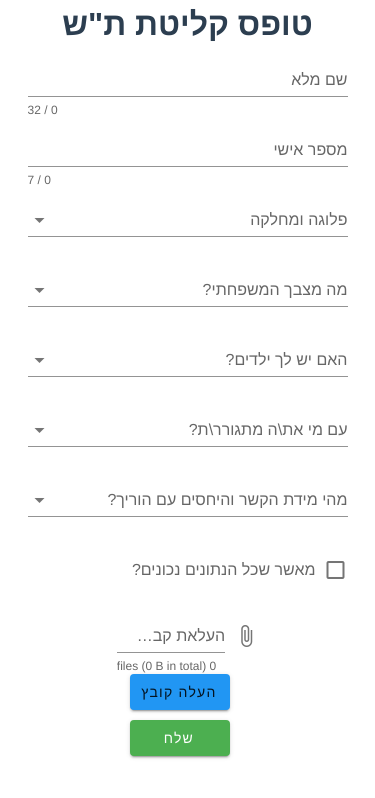
Repository: Natanhel/klitat-tash
Page: /
An editor plug-in stored every save of this project. The page is shown before and after the next save, followed by the edit.
The browser window is 375 px wide. The pictures show the whole page.
The page's requests for data from a server got no answer. The project was rebuilt for these pictures with package versions that can differ from the ones it lists, and the page was loaded fresh each time. No one was signed in, and anything a server would have sent is missing. Also part of the build but not shown: vue.config.js.

Above is the page before, as saved 2020-12-01 18:18:31.

### src/App.vue
<template>
  <div id="app">
    <v-app>

      <h1>טופס קליטת ת"ש</h1>

      <v-form
        ref="form"
        v-model="valid"
        lazy-validation
      >
        <v-text-field
          v-model="name"
          :counter="32"
          :rules="nameRules"
          label="שם מלא"
          required
        ></v-text-field>

        <v-text-field
          v-model="pernr"
          :counter="7"
          :rules="pernrRules"
          label="מספר אישי"
          required
        ></v-text-field>

        <v-select
          v-model="select"
          :items="items"
          :rules="[v => !!v || 'נדרש להזין פלוגה ומחלקה']"
          label="פלוגה ומחלקה"
          required
        ></v-select>

        <v-select
          v-model="familySelect"
          :items="familyItems"
          :rules="[v => !!v || 'נדרש להזין מצב משפחתי']"
          label="מה מצבך המשפחתי?"
          required
        ></v-select>

        <v-select
          v-model="haveKidsSelect"
          :items="haveKidsItems"
          :rules="[v => !!v || 'נדרש להזין']"
          label="האם יש לך ילדים?"
          required
        ></v-select>

        <v-select
          v-model="livingWithSelect"
          :items="livingWithItems"
          :rules="[v => !!v || 'נדרש להזין']"
          label="עם מי את\ה מתגורר\ת?"
          required
        ></v-select>

        <v-select
          v-model="parentsStatusSelect"
          :items="parentsStatusItems"
          :rules="[v => !!v || 'נדרש להזין']"
          label="מהי מידת הקשר והיחסים עם הוריך?"
          required
        ></v-select>

        <v-checkbox
          v-model="checkbox"
          :rules="[v => !!v || 'עליך לאשר על מנת להמשיך!']"
          label="מאשר שכל הנתונים נכונים?"
          required
        ></v-checkbox>

      <div class="upload">

        <v-file-input v-model="files" show-size counter  chips label="העלאת קבצים"></v-file-input>

        <v-btn
          color="blue"
          class="mr-4"
          @click="uploadFile"
        >
          העלה קובץ
        </v-btn>
      </div>
      <div class="btn-group">
        <v-btn
          color="success"
          class="mr-4"
          @click="validate"
        >
          שלח
        </v-btn>
      </div>

      </v-form>
    </v-app>
  </div>
</template>

<script>
import axios from 'axios';

export default {
  name: 'App',
  mounted(){
    // login
    const data = JSON.stringify({"password":"passward","email":"natanhelp@gmail.com"});

    const config = {
      method: 'post',
      url: 'https://nat-task-manager.herokuapp.com/users/login',
      headers: {
        'Content-Type': 'application/json'
      },
      data : data
    };

    axios(config)
      .then((response) => {
        this.userToken = response.data.token
      })
      .catch((error) => {
        console.log(error);
      })
  },

  data: () => ({
    familySelect: '',
    haveKidsSelect: '',
    livingWithSelect: '',
    parentsStatusSelect: '',

    userToken: '',
    files: null,
    valid: true,
    name: '',
    nameRules: [
      v => !!v || 'נדרש להזין שם',
      v => !(v && v.length <= 4) || 'על השם להיות ארוך מ-4 תווים',
    ],
    pernr: '',
    pernrRules: [
      v => !!v || 'נדרש להזין מספר אישי',
      v => !(v.length !== 7) || 'על המספר להיות בדיוק 7 תווים'
    ],
    select: null,
    items: [
      'ו1',
      'ו2',
      'ו3',
      'ו4',
      'ו5',
    ],
    familyItems: [
      'רווק/ה',
      'נשוי/ה',
      'גרוש/ה'
    ],
    haveKidsItems: [
      'כן', 'לא'
    ],
    livingWithItems: [
      'מתוגרר/ת עם ההורים (אחד מהם לפחות)',
      'איני מתגורר/ת עם ההורים'
    ],
    parentsRelationsItems: [
      'בקשר עם שניהם ויחסים תקינים',
      'בקשר וביחסיפ תקינים (רק עם אחד מהם)',
      'בקשר עם שניהם/אחד מהם ומערכת יחסים רעועה',
      'לא בקשר בכלל'
    ],
    parentsStatusItems: [
      'נשואים',
      'גרושים',
      'פרודים',
      'אלמנ/ה',
      'רווק/ה'
    ],
    checkbox: false,
  }),
  methods: {
    validate () {
      this.$refs.form.validate()
    },
    reset () {
      this.$refs.form.reset()
    },
    resetValidation () {
      this.$refs.form.resetValidation()
    },
    async uploadFile() {
      var FormData = require('form-data');
      var data = new FormData();
      const buffer = await this.files.arrayBuffer()

      data.append('avatar', buffer)

      var config = {
        method: 'post',
        url: 'https://nat-task-manager.herokuapp.com/users/me/avatar',
        headers: {
          'Authorization': 'Bearer ' + this.userToken,
          ...data
        },
        data : data
      }

      axios(config)
      .then(function (response) {
        console.log(JSON.stringify(response.data));
      })
      .catch(function (error) {
        console.log(error);
      })
    }
  },
}
</script>

<style>
#app {
  font-family: Avenir, Helvetica, Arial, sans-serif;
  -webkit-font-smoothing: antialiased;
  -moz-osx-font-smoothing: grayscale;
  text-align: center;
  color: #2c3e50;
  margin-top: 60px;
}

form
{
  width: 20rem;
}

#app
{
  padding: 0; margin: 0;
  display: flex;
  align-items: center;
  justify-content: center;
  background-color: transparent;
}

.v-btn
{
  width: 100px;
}

.btn-group{
  width: 100%;
  padding: 10px;
}

.upload
{
  display: flex;
  flex-direction: row;
  width: 370px;
}

@media screen and (max-width: 500px) {
  .upload
  {
    flex-direction: column;
    width: 100%;
    justify-content: center;
    align-items: center;
  }
}
</style>

### src/plugins/vuetify.js
import Vue from 'vue';
import Vuetify from 'vuetify/lib';

Vue.use(Vuetify);

export default new Vuetify({
    rtl: true,
});

Loaded but not shown: public/index.html (common file); src/main.js (common file)

After the next save:
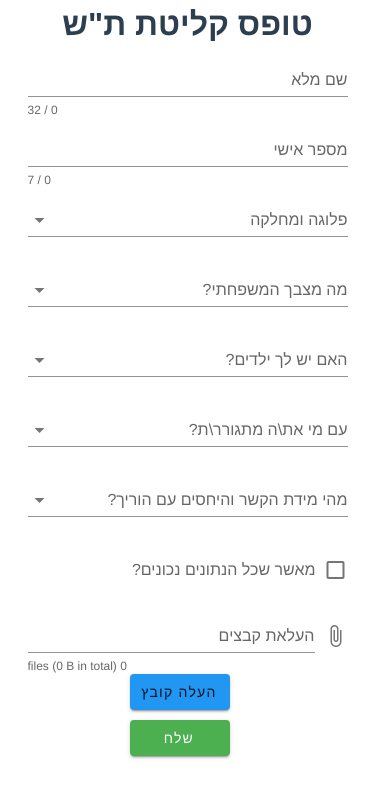
Saved 18 s later.
--- a/src/App.vue
+++ b/src/App.vue
@@ -268,5 +268,9 @@ form
     justify-content: center;
     align-items: center;
   }
+  .v-input
+  {
+    width: 20rem;
+  }
 }
 </style>
